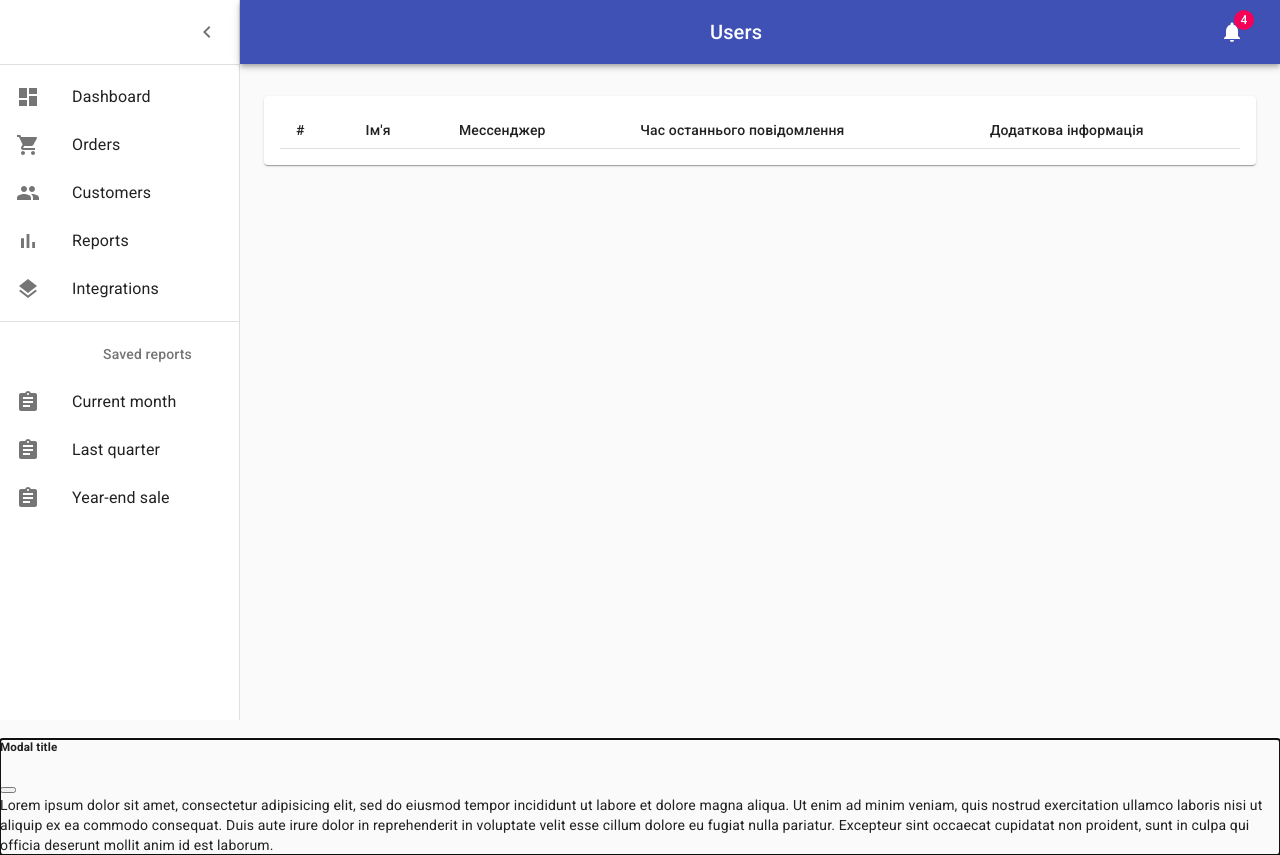
Repository: andbilous/users-task
Page: /
An editor plug-in stored every save of this project. The page is shown before and after the next save, followed by the edit.
The browser window is 1280 px wide. The pictures show the whole page.
The page's requests for data from a server got no answer. The project was rebuilt for these pictures with package versions that can differ from the ones it lists, and the page was loaded fresh each time. No one was signed in, and anything a server would have sent is missing.

Above is the page before, as saved 2020-05-08 10:15:40.

After the next save:
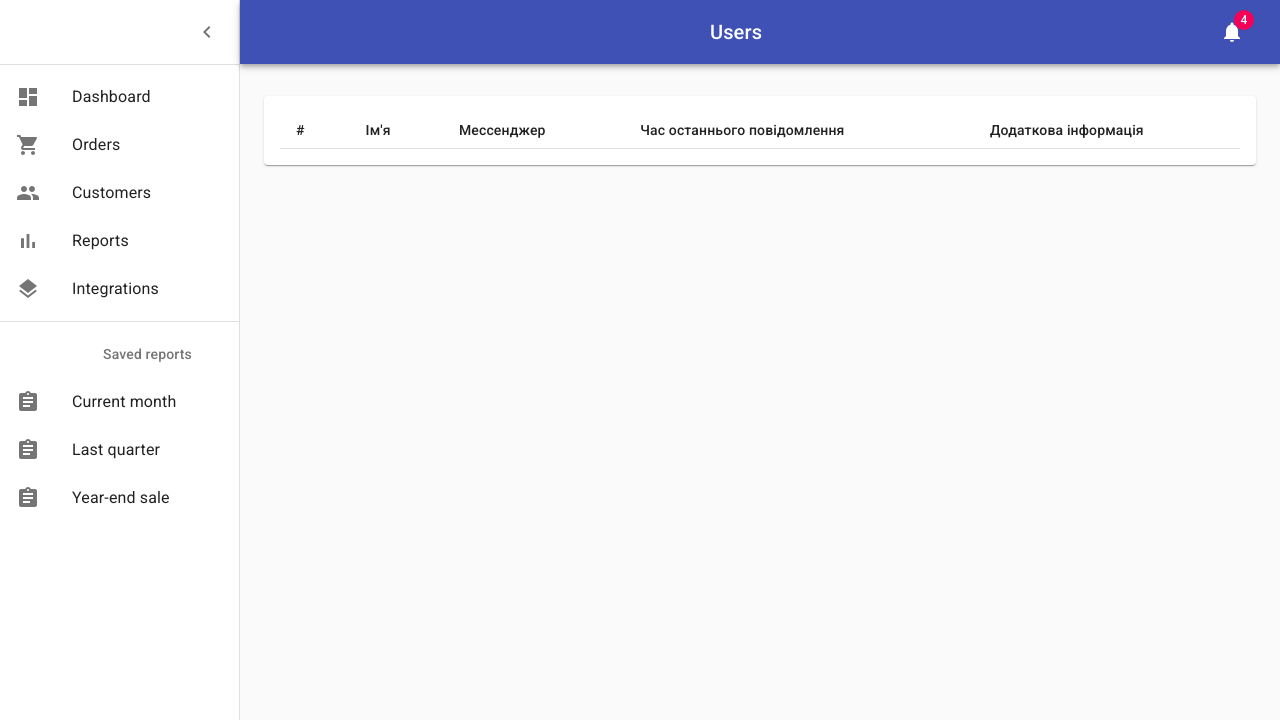
Saved 49 s later.
--- a/src/components/Table.js
+++ b/src/components/Table.js
@@ -57,7 +57,7 @@ export default function TableComponent({users,currentUserData}) {
           ))}
         </TableBody>
       </Table>
-       <ModalComponent open={open} toggle={toggle}/>
+
     </React.Fragment>
   );
 }

After the save that followed:
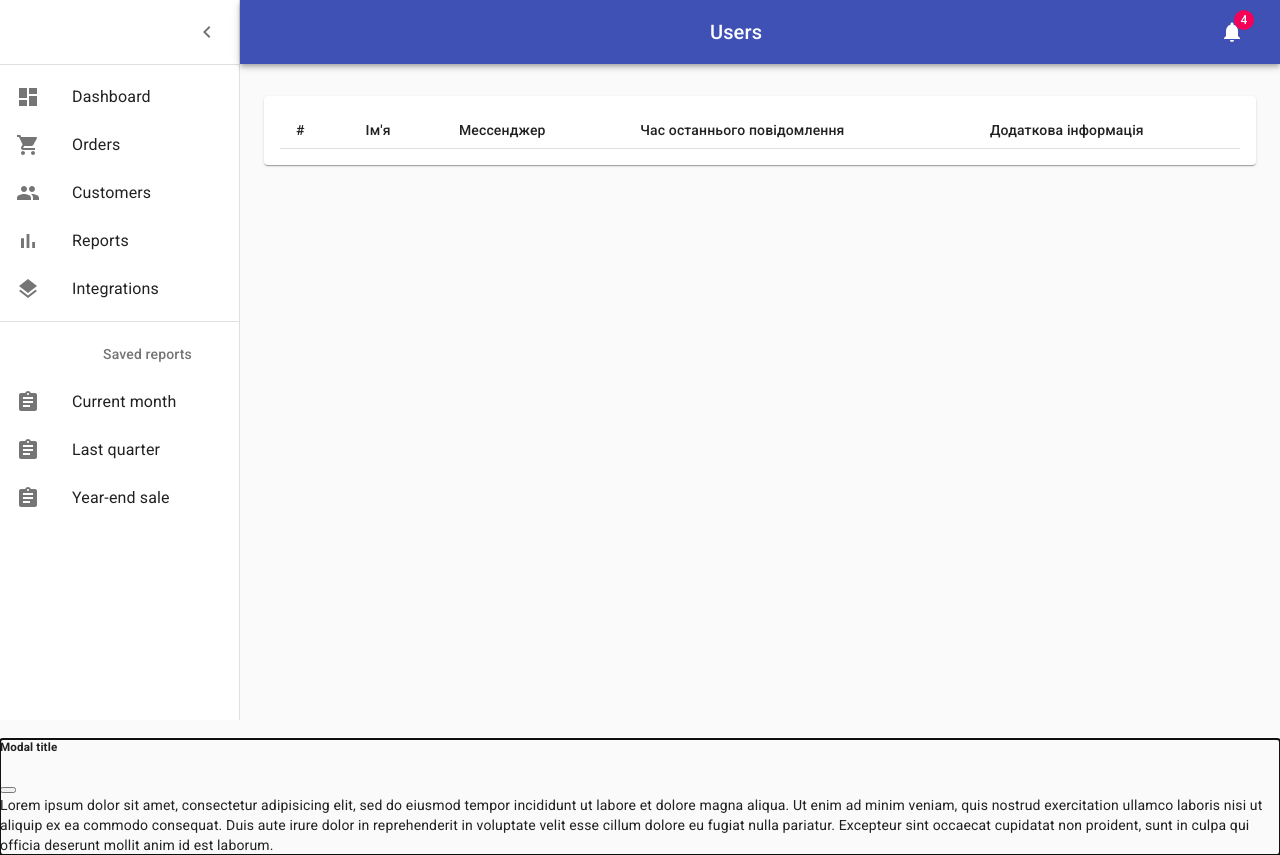
Saved 5 s later.
--- a/src/components/Table.js
+++ b/src/components/Table.js
@@ -33,6 +33,7 @@ export default function TableComponent({users,currentUserData}) {
     <React.Fragment>
       <Table size="small">
         <TableHead>
+        <ModalComponent open={open} toggle={toggle}/>
           <TableRow>
             <TableCell>#</TableCell>
             <TableCell>Ім'я</TableCell>
